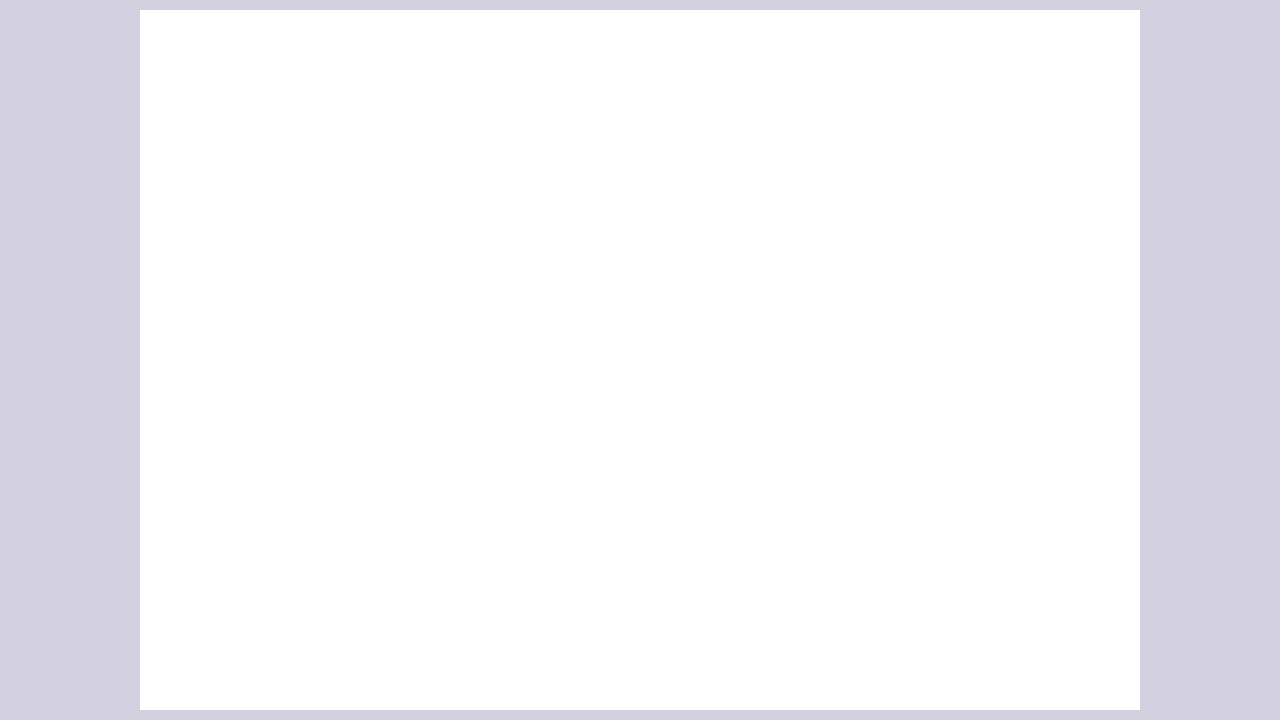
Repository: cosmicswati/upgrad-captions-project
Page: /
These files come from the project's save history. The page is drawn as it stood at one moment and after the next save; the edit follows.
The browser window is 1280 px wide. The pictures show the whole page.
The project was rebuilt for these pictures with package versions that can differ from the ones it lists, and the page was loaded fresh each time.

Above is the page before, as saved 2024-04-08 17:36:41.

After the next save:
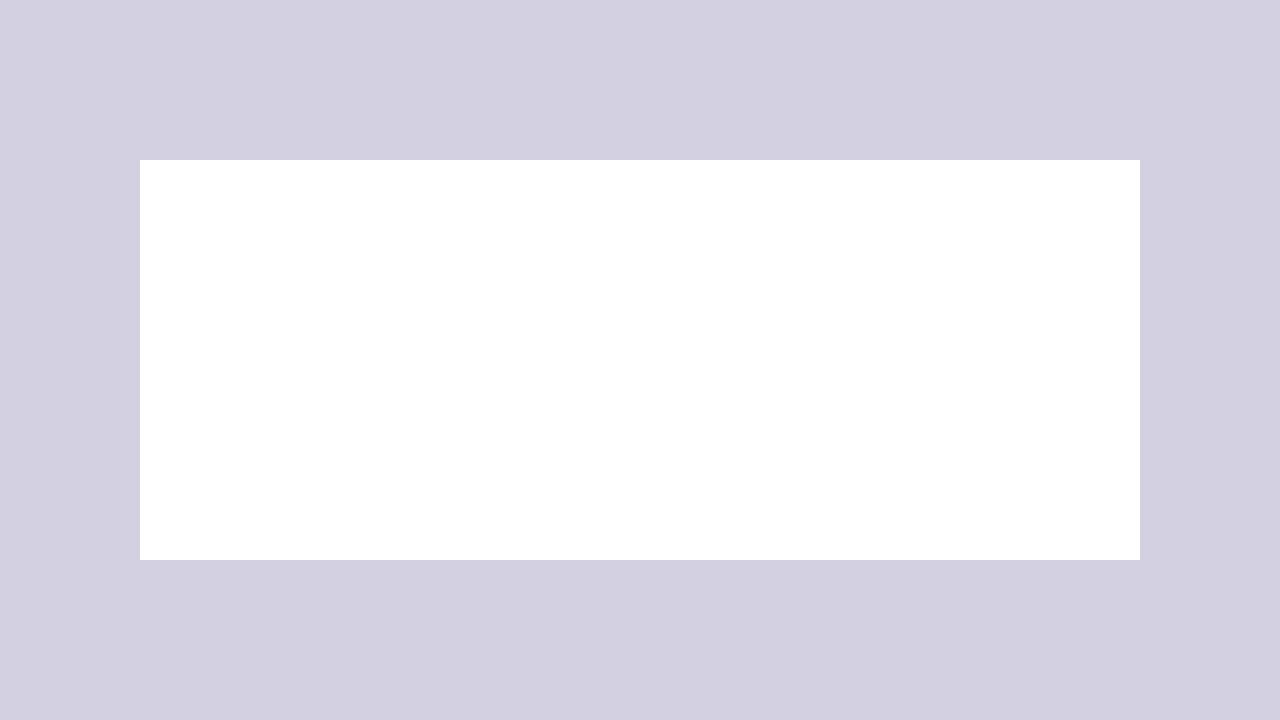
Saved 12 s later.
--- a/src/modules/Authorization/Form.jsx
+++ b/src/modules/Authorization/Form.jsx
@@ -3,7 +3,7 @@ import React from 'react';
 const Form = () => {
   return (
     <div className='bg-[#d2cfdf] h-screen w-full flex justify-center items-center'>
-      <div className='h-[700px] w-[1000px] bg-white'></div>
+      <div className='h-[400px] w-[1000px] bg-white'></div>
 
     </div>
   );
